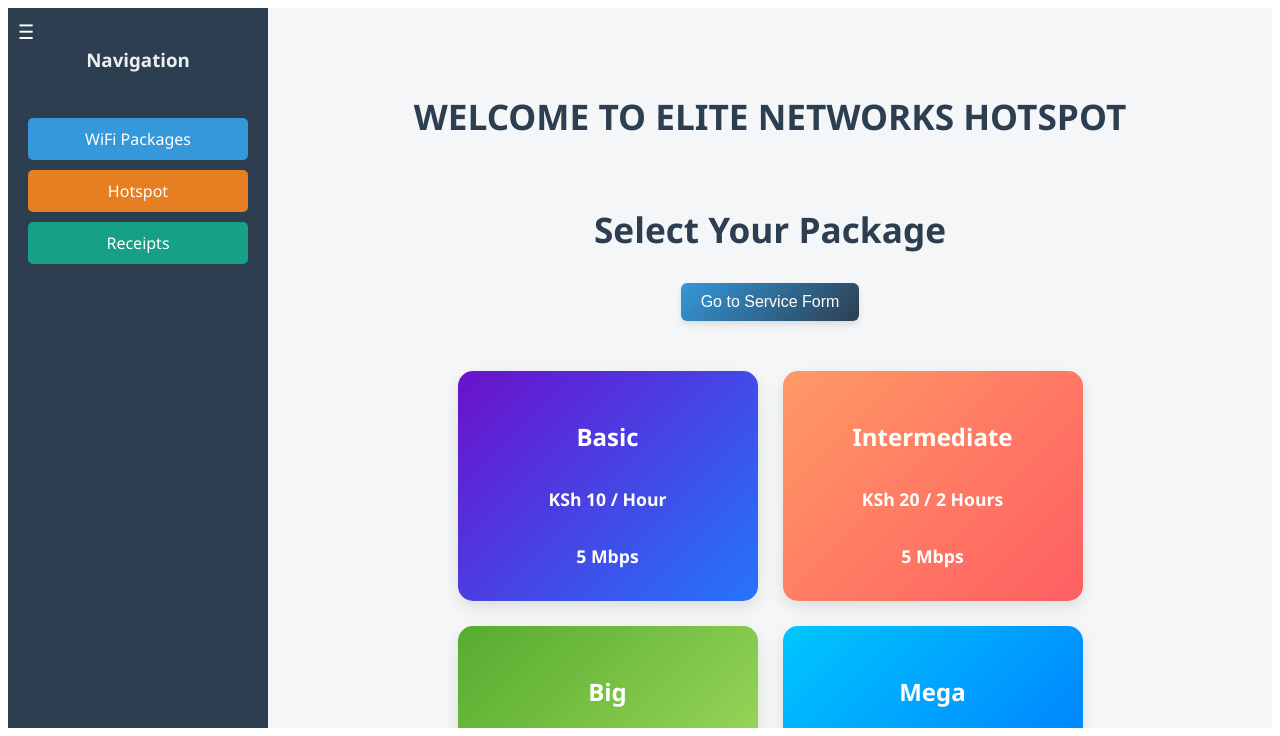
Repository: rachel648/system_Bill
Page: / (app in client/)
The author's editor kept a copy of each file at every save. The page is drawn from the files as they stood at one save, then again after the next save.
The browser window is 1280 px wide. The pictures show the whole page.
The page's requests for data from a server got no answer. An inner scrolling area shows only its first screen. The project was rebuilt for these pictures with package versions that can differ from the ones it lists, and the page was loaded fresh each time. No one was signed in, and anything a server would have sent is missing. Also part of the build but not shown: client/src/components/ServiceForm.js, client/src/Hotspot.css, client/src/Hotspot.js, client/src/admin.js. Imported but missing from the stored project, and not drawn on this page: client/src/Receipts.

Above is the page before, as saved 2025-07-11 01:05:11.

### client/public/index.html
<!DOCTYPE html>
<html lang="en">
  <head>
    <meta charset="UTF-8" />
    <meta name="viewport" content="width=device-width, initial-scale=1.0"/>
    <title>Internet Billing System</title>
  </head>
  <body>
    <div id="root"></div>
    <!-- Add React scripts if not using Create React App -->
    <!-- <script src="https://unpkg.com/react@18/umd/react.development.js"></script>
    <script src="https://unpkg.com/react-dom@18/umd/react-dom.development.js"></script> -->
  </body>
</html>

### client/src/Packages.js
import React, { useState } from 'react';
import { useNavigate } from 'react-router-dom';
import './Packages.css';

const packagePrices = {
  Basic: 10,
  Intermediate: 20,
  Big: 30,
  Mega: 40,
  Super: 50,
  DayOffer: 80
};

// Add duration for each package
const packageDurations = {
  Basic: '/ Hour',
  Intermediate: '/ 2 Hours',
  Big: '/ 3 Hours',
  Mega: '/ 4 Hours',
  Super: '/ 5 Hours',
  DayOffer: '24 Hours (Full Day)'
};

const API_BASE_URL = process.env.NODE_ENV === 'production'
  ? 'https://your-production-api.com'
  : 'http://localhost:5000';

const Packages = () => {
  const [isModalOpen, setIsModalOpen] = useState(false);
  const [selectedPackage, setSelectedPackage] = useState(null);
  const [phoneNumber, setPhoneNumber] = useState('');
  const [isProcessing, setIsProcessing] = useState(false);
  const [error, setError] = useState(null);
  const navigate = useNavigate();

  const handleCardClick = (pkg) => {
    setSelectedPackage(pkg);
    setIsModalOpen(true);
    setError(null);
  };

  const formatPhoneNumber = (phone) => {
    let formatted = phone.trim();
    formatted = formatted.replace(/\D/g, ''); // Remove all non-digit characters

    if (formatted.startsWith('254') && formatted.length === 12) {
      return formatted;
    }
    if (formatted.startsWith('07') && formatted.length === 10) {
      return '254' + formatted.substring(1);
    }
    if (formatted.startsWith('7') && formatted.length === 9) {
      return '254' + formatted;
    }
    return formatted; // Let validation catch invalid numbers
  };

  const handlePayment = async () => {
    // Validate phone number - accept +254..., 254..., or 07...
    const phoneRegex = /^(?:\+?254|0)[17]\d{8}$/;
    const testNumber = phoneNumber.trim();

    if (!phoneRegex.test(testNumber)) {
      setError('Please enter a valid Safaricom number (e.g. 0712345678, 254712345678, or +254712345678)');
      return;
    }

    const formattedPhone = formatPhoneNumber(testNumber);
    // Additional validation for the formatted number
    if (formattedPhone.length !== 12 || !formattedPhone.startsWith('254')) {
      setError('Invalid phone number format after conversion');
      return;
    }

    const amount = packagePrices[selectedPackage];
    setIsProcessing(true);
    setError(null);

    try {
      const healthResponse = await fetch(`${API_BASE_URL}/api/health`);
      if (!healthResponse.ok) {
        throw new Error('Backend service is not available');
      }

      const paymentResponse = await fetch(`${API_BASE_URL}/api/payment`, {
        method: 'POST',
        headers: {
          'Content-Type': 'application/json',
        },
        body: JSON.stringify({
          phone: formattedPhone,
          amount,
          package: selectedPackage,
        }),
      });

      const responseData = await paymentResponse.json();

      if (!paymentResponse.ok || !responseData.success) {
        throw new Error(responseData.message || 'Payment request failed');
      }

      alert(`Payment request sent to ${formattedPhone}. Complete payment on your phone`);
      setIsModalOpen(false);
      setPhoneNumber('');

    } catch (err) {
      console.error('Payment Error:', err);
      let errorMessage = err.message;
      if (err.message.includes('Failed to fetch')) {
        errorMessage = 'Cannot connect to the payment service. Please check:';
        errorMessage += '\n1. Your internet connection';
        errorMessage += '\n2. That the backend server is running';
        errorMessage += '\n3. That you have CORS enabled on the backend';
      }
      setError(errorMessage);
    } finally {
      setIsProcessing(false);
    }
  };

  return (
    <div className="container">
      <div className="header-container">
        <div className="logo-container">
          <div className="animated-logo">
            <div className="logo-circle"></div>
            <div className="logo-pulse"></div>
          </div>
        </div>
        <h1 className="heading">WELCOME TO ELITE NETWORKS HOTSPOT</h1>
      </div>
      <h3 className="heading">Select Your Package</h3>

      <button
        onClick={() => navigate('/service')}
        className="service-form-button"
        style={{ marginBottom: '20px', padding: '10px 20px' }}
      >
        Go to Service Form
      </button>

      <div className="card-container">
        {Object.keys(packagePrices).map((pkg) => (
          <div key={pkg} className={`card ${pkg.toLowerCase()}-card`} onClick={() => handleCardClick(pkg)}>
            <h3>{pkg}</h3>
            <p>KSh {packagePrices[pkg].toLocaleString()} {packageDurations[pkg]}</p>
            <p>{pkg === 'Basic' ? '5' : pkg === 'Intermediate' ? '5' : pkg === 'Big' ? '5' : '5'} Mbps</p>
          </div>
        ))}
      </div>

      {isModalOpen && (
        <div className="modal">
          <div className="modal-content">
            <h3>Make Payment for {selectedPackage}</h3>
            <label htmlFor="phone">Enter Safaricom Number:</label>
            <input
              type="tel"
              id="phone"
              value={phoneNumber}
              onChange={(e) => {
                setPhoneNumber(e.target.value);
                setError(null);
              }}
              placeholder="e.g. 0712345678, 254712345678, or +254712345678"
              disabled={isProcessing}
              maxLength="13"
            />

            <p className="amount-display">
              Amount: KSh {packagePrices[selectedPackage].toLocaleString()}
            </p>

            {error && (
              <div className="error-message">
                {error.split('\n').map((line, i) => (
                  <p key={i}>{line}</p>
                ))}
              </div>
            )}

            <div className="modal-buttons">
              <button
                onClick={handlePayment}
                disabled={isProcessing}
                className={isProcessing ? 'processing' : ''}
              >
                {isProcessing ? (
                  <>
                    <span className="spinner"></span>
                    Processing...
                  </>
                ) : 'Submit Payment'}
              </button>
              <button
                onClick={() => {
                  setIsModalOpen(false);
                  setError(null);
                }}
                disabled={isProcessing}
              >
                Cancel
              </button>
            </div>
          </div>
        </div>
      )}
    </div>
  );
};

export default Packages;

### client/src/Navigation.js
import React from 'react';
import { Link } from 'react-router-dom';

const Navigation = ({ isVisible, toggle }) => (
  <div className={`navigation ${!isVisible ? 'collapsed' : ''}`}>
    <div className="toggle-icon" onClick={toggle}>☰</div>
    {isVisible && (
      <>
        <h3>Navigation</h3>
        <ul>
          <li><Link to="/packages" className="link-wifi">WiFi Packages</Link></li>
          <li><Link to="/hotspot" className="link-hotspot">Hotspot</Link></li>
          <li><Link to="/receipts" className="link-receipts">Receipts</Link></li>
        </ul>
      </>
    )}
  </div>
);

export default Navigation;

### client/src/App.css
/* Overall container for layout */
.app-container {
  display: flex;
  height: 100vh;
  font-family: 'Segoe UI', Tahoma, Geneva, Verdana, sans-serif;
}

/* Sidebar navigation */
.navigation {
  width: 220px;
  background-color: #2c3e50;
  padding: 20px;
  display: flex;
  flex-direction: column;
  align-items: center;
  transition: width 0.3s ease;
  position: relative;
}

.navigation.collapsed {
  width: 60px;
  padding: 20px 10px;
}

.toggle-icon {
  position: absolute;
  top: 10px;
  left: 10px;
  font-size: 20px;
  cursor: pointer;
  color: white;
}

/* Hide text when collapsed */
.navigation.collapsed h3,
.navigation.collapsed ul {
  display: none;
}

.navigation h3 {
  color: #ecf0f1;
  margin-bottom: 20px;
}

.navigation ul {
  list-style: none;
  padding: 0;
  width: 100%;
}

.navigation li {
  margin: 10px 0;
  width: 100%;
  text-align: center;
}

/* Unique colored links */
.link-wifi {
  background-color: #3498db; /* Blue */
  color: white;
  padding: 10px;
  display: block;
  text-decoration: none;
  border-radius: 5px;
}

.link-hotspot {
  background-color: #e67e22; /* Orange */
  color: white;
  padding: 10px;
  display: block;
  text-decoration: none;
  border-radius: 5px;
}

.link-receipts {
  background-color: #16a085; /* Teal */
  color: white;
  padding: 10px;
  display: block;
  text-decoration: none;
  border-radius: 5px;
}

.link-wifi:hover,
.link-hotspot:hover,
.link-receipts:hover {
  opacity: 0.85;
}

/* Main content area */
.main-content {
  flex: 1;
  padding: 40px;
  background-color: #f4f6f8;
  overflow-y: auto;
}

### client/src/Packages.css
/* Main container */
.container {
  max-width: 1200px;
  margin: 0 auto;
  padding: 20px;
}

.heading {
  text-align: center;
  color: #2c3e50;
  margin-bottom: 30px;
  font-size: 2.2rem;
}

/* Header and Logo styles */
.header-container {
  display: flex;
  align-items: center;
  justify-content: center;
  position: relative;
  margin-bottom: 20px;
}

.logo-container {
  position: absolute;
  left: 20px;
  cursor: pointer;
  z-index: 100;
}

.hamburger-menu {
  width: 30px;
  height: 24px;
  display: flex;
  flex-direction: column;
  justify-content: space-between;
}

.hamburger-line {
  width: 100%;
  height: 3px;
  background-color: #2c3e50;
  transition: all 0.3s ease;
}

/* Navigation content - initially hidden */
.nav-content {
  max-height: 0;
  overflow: hidden;
  opacity: 0;
  transition: all 0.3s ease;
}

.nav-content.expanded {
  max-height: 200px;
  opacity: 1;
}

/* Hamburger menu animation */
.logo-container .hamburger-line:nth-child(1) {
  transform-origin: top left;
}
.logo-container .hamburger-line:nth-child(3) {
  transform-origin: bottom left;
}

.logo-container.expanded .hamburger-line:nth-child(1) {
  transform: rotate(45deg) translate(5px, -3px);
}
.logo-container.expanded .hamburger-line:nth-child(2) {
  opacity: 0;
}
.logo-container.expanded .hamburger-line:nth-child(3) {
  transform: rotate(-45deg) translate(5px, 3px);
}

/* Service form button */
.service-form-button {
  background: linear-gradient(135deg, #3498db, #2c3e50);
  color: white;
  border: none;
  border-radius: 6px;
  padding: 12px 24px;
  font-size: 1rem;
  cursor: pointer;
  transition: all 0.3s ease;
  box-shadow: 0 4px 6px rgba(0, 0, 0, 0.1);
  display: block;
  margin: 0 auto 20px;
}

.service-form-button:hover {
  transform: translateY(-2px);
  box-shadow: 0 6px 12px rgba(0, 0, 0, 0.15);
}

/* Cards container */
.card-container {
  display: flex;
  justify-content: center;
  flex-wrap: wrap;
  gap: 25px;
  padding: 20px;
  margin-top: 30px;
}

/* Card styles */
.card {
  padding: 25px;
  cursor: pointer;
  border-radius: 15px;
  text-align: center;
  width: 250px;
  color: white;
  font-weight: bold;
  box-shadow: 0 6px 15px rgba(0, 0, 0, 0.1);
  transition: all 0.3s cubic-bezier(0.25, 0.8, 0.25, 1);
  display: flex;
  flex-direction: column;
  align-items: center;
  justify-content: space-between;
  min-height: 180px;
}

.card h3 {
  font-size: 1.5rem;
  margin-bottom: 10px;
}

.card p {
  font-size: 1.1rem;
  margin: 8px 0;
}

/* Package-specific colors */
.basic-card {
  background: linear-gradient(135deg, #6a11cb, #2575fc);
}

.intermediate-card {
  background: linear-gradient(135deg, #ff9966, #ff5e62);
}

.big-card {
  background: linear-gradient(135deg, #56ab2f, #a8e063);
}

.mega-card {
  background: linear-gradient(135deg, #00c6ff, #0072ff);
}
.super-card {
  background: linear-gradient(135deg, #ff416c, #ff4b2b);
}
.dayoffer-card {
  background: linear-gradient(135deg, #f7971e, #ffd200);
}

.card:hover {
  transform: translateY(-8px);
  box-shadow: 0 12px 24px rgba(0, 0, 0, 0.2);
}

/* Modal styles */
.modal {
  position: fixed;
  top: 0;
  left: 0;
  right: 0;
  bottom: 0;
  background-color: rgba(0, 0, 0, 0.5);
  display: flex;
  justify-content: center;
  align-items: center;
  z-index: 1000;
  backdrop-filter: blur(3px);
}

.modal-content {
  background-color: white;
  padding: 30px;
  border-radius: 12px;
  width: 90%;
  max-width: 400px;
  text-align: center;
  box-shadow: 0 10px 30px rgba(0, 0, 0, 0.2);
}

.modal-content h3 {
  color: #2c3e50;
  margin-bottom: 20px;
  font-size: 1.5rem;
}

/* Input styles */
input[type="tel"] {
  width: 100%;
  padding: 12px 15px;
  margin: 15px 0;
  border: 2px solid #e0e0e0;
  border-radius: 8px;
  font-size: 1rem;
  transition: border 0.3s ease;
}

input[type="tel"]:focus {
  border-color: #3498db;
  outline: none;
}

/* Amount display */
.amount-display {
  font-size: 1.3rem;
  font-weight: bold;
  color: #2c3e50;
  margin: 15px 0;
  padding: 10px;
  background-color: #f8f9fa;
  border-radius: 8px;
}

/* Button styles */
.modal-buttons {
  display: flex;
  justify-content: center;
  gap: 15px;
  margin-top: 20px;
}

.modal-buttons button {
  padding: 12px 25px;
  border: none;
  border-radius: 8px;
  font-size: 1rem;
  font-weight: 600;
  cursor: pointer;
  transition: all 0.3s ease;
  flex: 1;
  max-width: 150px;
}

.modal-buttons button:first-child {
  background: linear-gradient(135deg, #2ecc71, #27ae60);
  color: white;
}

.modal-buttons button:first-child:hover {
  background: linear-gradient(135deg, #27ae60, #219653);
  transform: translateY(-2px);
}

.modal-buttons button:last-child {
  background: #f1f1f1;
  color: #555;
}

.modal-buttons button:last-child:hover {
  background: #e0e0e0;
}

.modal-buttons button:disabled {
  opacity: 0.7;
  cursor: not-allowed;
  transform: none !important;
}

/* Error message */
.error-message {
  color: #e74c3c;
  background-color: #fdecea;
  padding: 12px;
  border-radius: 8px;
  margin: 15px 0;
  font-size: 0.95rem;
  text-align: left;
  border-left: 4px solid #e74c3c;
}

/* Loading spinner */
.spinner {
  display: inline-block;
  width: 16px;
  height: 16px;
  border: 3px solid rgba(255, 255, 255, 0.3);
  border-radius: 50%;
  border-top-color: white;
  animation: spin 1s ease-in-out infinite;
  margin-right: 10px;
  vertical-align: middle;
}

@keyframes spin {
  to {
    transform: rotate(360deg);
  }
}

/* Responsive design */
@media (max-width: 768px) {
  .card-container {
    gap: 15px;
  }

  .card {
    width: calc(50% - 20px);
    min-width: 150px;
    padding: 20px 10px;
  }

  .modal-content {
    padding: 20px;
  }

  .modal-buttons {
    flex-direction: column;
    gap: 10px;
  }

  .modal-buttons button {
    max-width: 100%;
  }

  .logo-container {
    left: 10px;
  }
}

@media (max-width: 480px) {
  .card {
    width: 100%;
  }

  .heading {
    font-size: 1.8rem;
  }

  .logo-container {
    position: static;
    margin-right: 10px;
  }

  .header-container {
    justify-content: flex-start;
    padding-left: 15px;
  }
}

Loaded but not shown: client/src/index.js (common file); client/src/App.js (50 lines, source omitted)

After the next save:
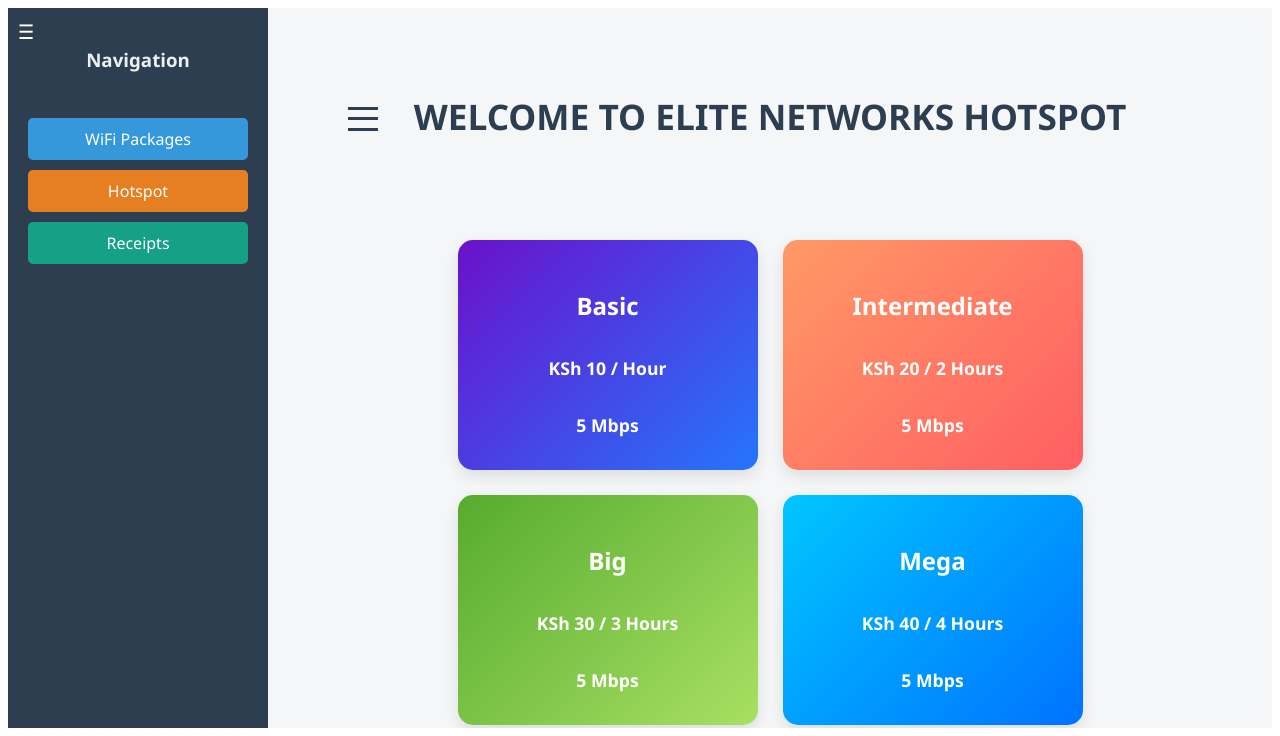
Saved 33 s later.
--- a/client/src/Packages.js
+++ b/client/src/Packages.js
@@ -11,7 +11,6 @@
   DayOffer: 80
 };
 
-// Add duration for each package
 const packageDurations = {
   Basic: '/ Hour',
   Intermediate: '/ 2 Hours',
@@ -31,6 +30,7 @@
   const [phoneNumber, setPhoneNumber] = useState('');
   const [isProcessing, setIsProcessing] = useState(false);
   const [error, setError] = useState(null);
+  const [isNavExpanded, setIsNavExpanded] = useState(false);
   const navigate = useNavigate();
 
   const handleCardClick = (pkg) => {
@@ -41,7 +41,7 @@
 
   const formatPhoneNumber = (phone) => {
     let formatted = phone.trim();
-    formatted = formatted.replace(/\D/g, ''); // Remove all non-digit characters
+    formatted = formatted.replace(/\D/g, '');
 
     if (formatted.startsWith('254') && formatted.length === 12) {
       return formatted;
@@ -52,11 +52,10 @@
     if (formatted.startsWith('7') && formatted.length === 9) {
       return '254' + formatted;
     }
-    return formatted; // Let validation catch invalid numbers
+    return formatted;
   };
 
   const handlePayment = async () => {
-    // Validate phone number - accept +254..., 254..., or 07...
     const phoneRegex = /^(?:\+?254|0)[17]\d{8}$/;
     const testNumber = phoneNumber.trim();
 
@@ -66,7 +65,6 @@
     }
 
     const formattedPhone = formatPhoneNumber(testNumber);
-    // Additional validation for the formatted number
     if (formattedPhone.length !== 12 || !formattedPhone.startsWith('254')) {
       setError('Invalid phone number format after conversion');
       return;
@@ -122,23 +120,28 @@
   return (
     <div className="container">
       <div className="header-container">
-        <div className="logo-container">
-          <div className="animated-logo">
-            <div className="logo-circle"></div>
-            <div className="logo-pulse"></div>
+        <div
+          className={`logo-container ${isNavExpanded ? 'expanded' : ''}`}
+          onClick={() => setIsNavExpanded(!isNavExpanded)}
+        >
+          <div className="hamburger-menu">
+            <div className="hamburger-line"></div>
+            <div className="hamburger-line"></div>
+            <div className="hamburger-line"></div>
           </div>
         </div>
         <h1 className="heading">WELCOME TO ELITE NETWORKS HOTSPOT</h1>
       </div>
-      <h3 className="heading">Select Your Package</h3>
-
-      <button
-        onClick={() => navigate('/service')}
-        className="service-form-button"
-        style={{ marginBottom: '20px', padding: '10px 20px' }}
-      >
-        Go to Service Form
-      </button>
+
+      <div className={`nav-content ${isNavExpanded ? 'expanded' : ''}`}>
+        <h3 className="heading">Select Your Package</h3>
+        <button
+          onClick={() => navigate('/service')}
+          className="service-form-button"
+        >
+          Go to Service Form
+        </button>
+      </div>
 
       <div className="card-container">
         {Object.keys(packagePrices).map((pkg) => (

After the save that followed:
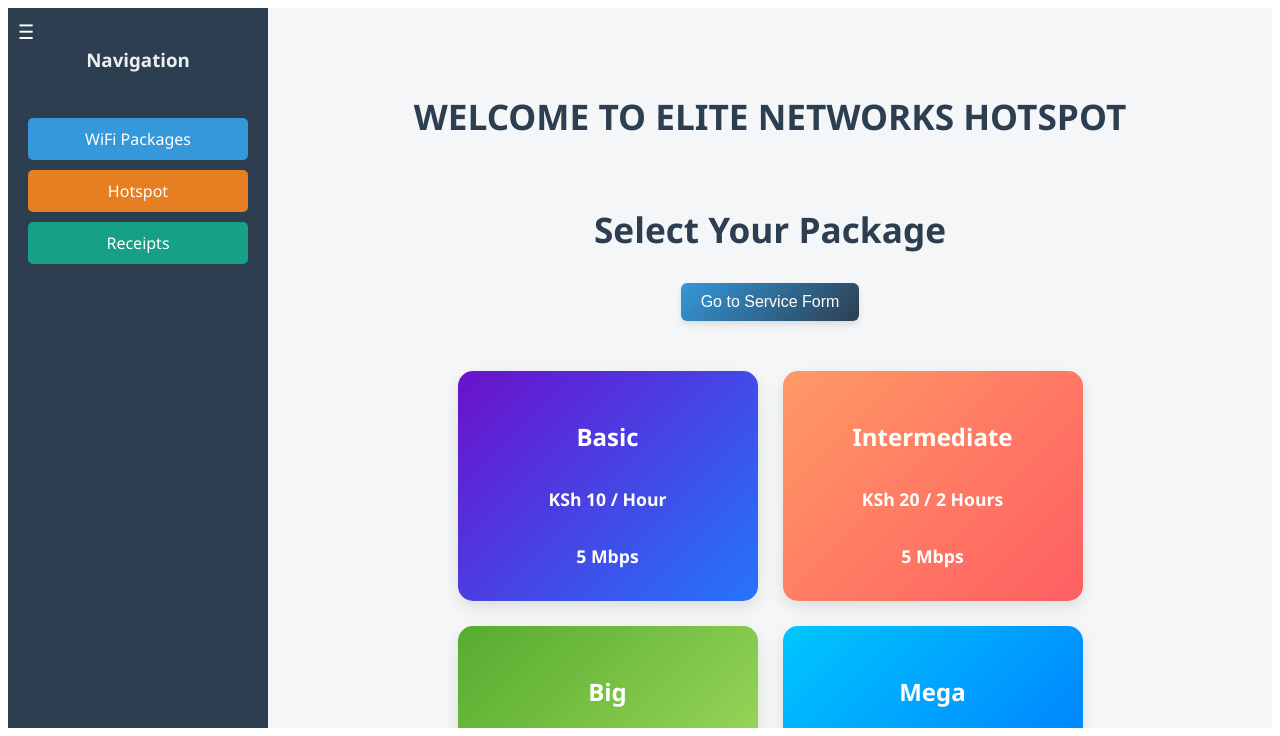
Saved 29 s later.
--- a/client/src/Packages.js
+++ b/client/src/Packages.js
@@ -11,6 +11,7 @@
   DayOffer: 80
 };
 
+// Add duration for each package
 const packageDurations = {
   Basic: '/ Hour',
   Intermediate: '/ 2 Hours',
@@ -30,7 +31,6 @@
   const [phoneNumber, setPhoneNumber] = useState('');
   const [isProcessing, setIsProcessing] = useState(false);
   const [error, setError] = useState(null);
-  const [isNavExpanded, setIsNavExpanded] = useState(false);
   const navigate = useNavigate();
 
   const handleCardClick = (pkg) => {
@@ -41,7 +41,7 @@
 
   const formatPhoneNumber = (phone) => {
     let formatted = phone.trim();
-    formatted = formatted.replace(/\D/g, '');
+    formatted = formatted.replace(/\D/g, ''); // Remove all non-digit characters
 
     if (formatted.startsWith('254') && formatted.length === 12) {
       return formatted;
@@ -52,10 +52,11 @@
     if (formatted.startsWith('7') && formatted.length === 9) {
       return '254' + formatted;
     }
-    return formatted;
+    return formatted; // Let validation catch invalid numbers
   };
 
   const handlePayment = async () => {
+    // Validate phone number - accept +254..., 254..., or 07...
     const phoneRegex = /^(?:\+?254|0)[17]\d{8}$/;
     const testNumber = phoneNumber.trim();
 
@@ -65,6 +66,7 @@
     }
 
     const formattedPhone = formatPhoneNumber(testNumber);
+    // Additional validation for the formatted number
     if (formattedPhone.length !== 12 || !formattedPhone.startsWith('254')) {
       setError('Invalid phone number format after conversion');
       return;
@@ -120,28 +122,23 @@
   return (
     <div className="container">
       <div className="header-container">
-        <div
-          className={`logo-container ${isNavExpanded ? 'expanded' : ''}`}
-          onClick={() => setIsNavExpanded(!isNavExpanded)}
-        >
-          <div className="hamburger-menu">
-            <div className="hamburger-line"></div>
-            <div className="hamburger-line"></div>
-            <div className="hamburger-line"></div>
+        <div className="logo-container">
+          <div className="animated-logo">
+            <div className="logo-circle"></div>
+            <div className="logo-pulse"></div>
           </div>
         </div>
         <h1 className="heading">WELCOME TO ELITE NETWORKS HOTSPOT</h1>
       </div>
-
-      <div className={`nav-content ${isNavExpanded ? 'expanded' : ''}`}>
-        <h3 className="heading">Select Your Package</h3>
-        <button
-          onClick={() => navigate('/service')}
-          className="service-form-button"
-        >
-          Go to Service Form
-        </button>
-      </div>
+      <h3 className="heading">Select Your Package</h3>
+
+      <button
+        onClick={() => navigate('/service')}
+        className="service-form-button"
+        style={{ marginBottom: '20px', padding: '10px 20px' }}
+      >
+        Go to Service Form
+      </button>
 
       <div className="card-container">
         {Object.keys(packagePrices).map((pkg) => (
